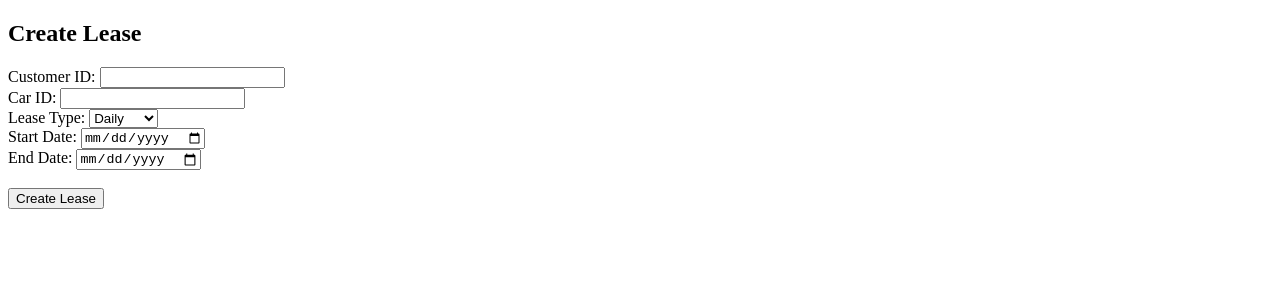
Repository: NirmalyaSatapathy/NirmalyaSatapathyProjects
Page: CarRental/CarRental/src/main/webapp/createLease.html
These files come from the project's save history. The page is drawn as it stood at one moment and after the next save; the edit follows.
The browser window is 1280 px wide. The pictures show the whole page.

Above is the page before, as saved 2025-05-05 10:07:12.

After the next save:
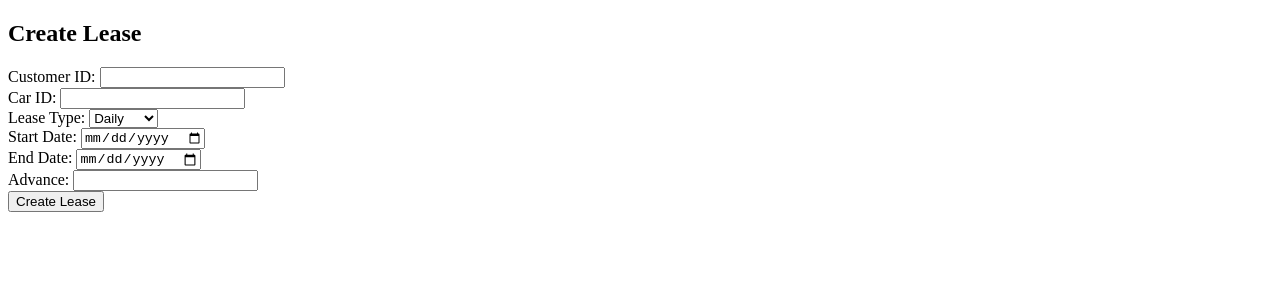
Saved 2 min 18 s later.
--- a/CarRental/CarRental/src/main/webapp/createLease.html
+++ b/CarRental/CarRental/src/main/webapp/createLease.html
@@ -21,15 +21,14 @@
         </select><br>
 
 
+
         <label for="startDate">Start Date:</label>
         <input type="date" id="startDate" name="startDate" required><br>
 
         <label for="endDate">End Date:</label>
         <input type="date" id="endDate" name="endDate" required><br>
-
-
-        </select><br>
-
+        Advance:
+        <input type="number" name="advance" value="required"><br>
         <button type="submit">Create Lease</button>
     </form>
 </body>
